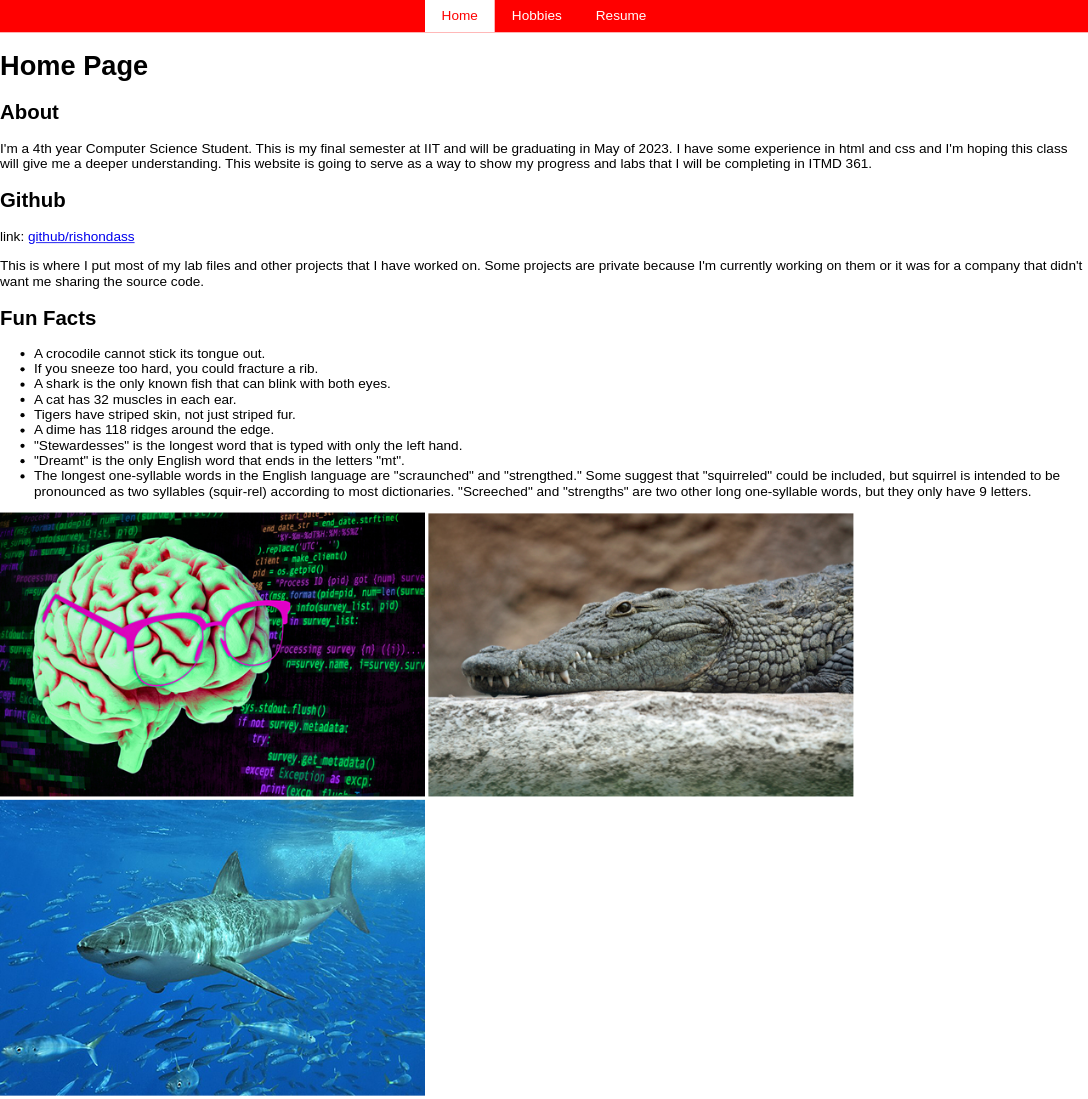
Repository: rishondass/ITMD361-Project2
Page: index.html
These files come from the project's save history. The page is drawn as it stood at one moment and after the next save; the edit follows.
The browser window is 1280 px wide. The pictures show the whole page, at 85% of full size.

Above is the page before, as saved 2023-03-07 21:19:09.

### index.html
<!DOCTYPE html>
<html lang="en">
<head>
    <meta charset="UTF-8">
    <meta name="viewport" content="width=device-width, initial-scale=1.0">
    <link rel="stylesheet" href="css/style.css">
    <link rel="stylesheet" href="css/normalize.css">
    <title>Home</title>
</head>
<body>
    <nav id="main-nav">
        <ul>
            <li id="onCurrentPage">
                <a href="index.html">Home</a>
            </li>
            <li>
                <a href="hobbies.html">Hobbies</a>
            </li>
            <li>
                <a href="resume.html">Resume</a>
            </li>
        </ul>
    </nav>

    <div>
        <h1>Home Page</h1>
        <h2>
            About
        </h2>
        <p>
            I'm a 4th year Computer Science Student. This is my final semester at IIT and will be graduating in May of 2023. I have some experience in html and css and I'm hoping this class will give me a deeper understanding. This website is going to serve as a way to show my progress and labs that I will be completing in ITMD 361.
        </p>
        <h2>
            Github
        </h2>
        <p>
            link: <a target="_blank" href="https://www.github.com/rishondass">github/rishondass</a>
        </p>
        <p>
            This is where I put most of my lab files and other projects that I have worked on. Some projects are private because I'm currently working on them or it was for a company that didn't want me sharing the source code.
        </p>
        <h2>
            Fun Facts
        </h2>
        <ul>
            <li>
                A crocodile cannot stick its tongue out.
            </li>
            <li>
                If you sneeze too hard, you could fracture a rib.
            </li>
            <li>
                A shark is the only known fish that can blink with both eyes.
            </li>
            <li>
                A cat has 32 muscles in each ear.
            </li>
            <li>
                Tigers have striped skin, not just striped fur.
            </li>
            <li>
                A dime has 118 ridges around the edge.
            </li>
            <li>
                "Stewardesses" is the longest word that is typed with only the left hand.
            </li>
            <li>
                "Dreamt" is the only English word that ends in the letters "mt".
            </li>
            <li>
                The longest one-syllable words in the English language are "scraunched" and "strengthed." Some suggest that "squirreled" could be included, but squirrel is intended to be pronounced as two syllables (squir-rel) according to most dictionaries. "Screeched" and "strengths" are two other long one-syllable words, but they only have 9 letters.
            </li>
        </ul>
        <img src="images/code.jpg" alt="image_of_code">
        <img src="images/Nile_crocodile_head.jpg" alt="image_of_crocodile">
        <img src="images/White_shark.jpg" alt="image_of_shark">

    </div>
</body>
</html>

### css/style.css
#main-nav{
    background-color: red;
    overflow: hidden;
}

#main-nav ul{
    list-style-type: none;
    padding: 0;
    margin: 0;
    display: flex;
    justify-content: center;
}

#main-nav a{
   display: block;
   padding: 10px 20px;
   text-decoration: none;
   color: white;
}

#onCurrentPage a{
    color: red;
    background-color: white;

}

#main-nav a:hover{
    background-color: rgb(255, 255, 255);
    color:black;
}

Loaded but not shown: css/normalize.css (library)

After the next save:
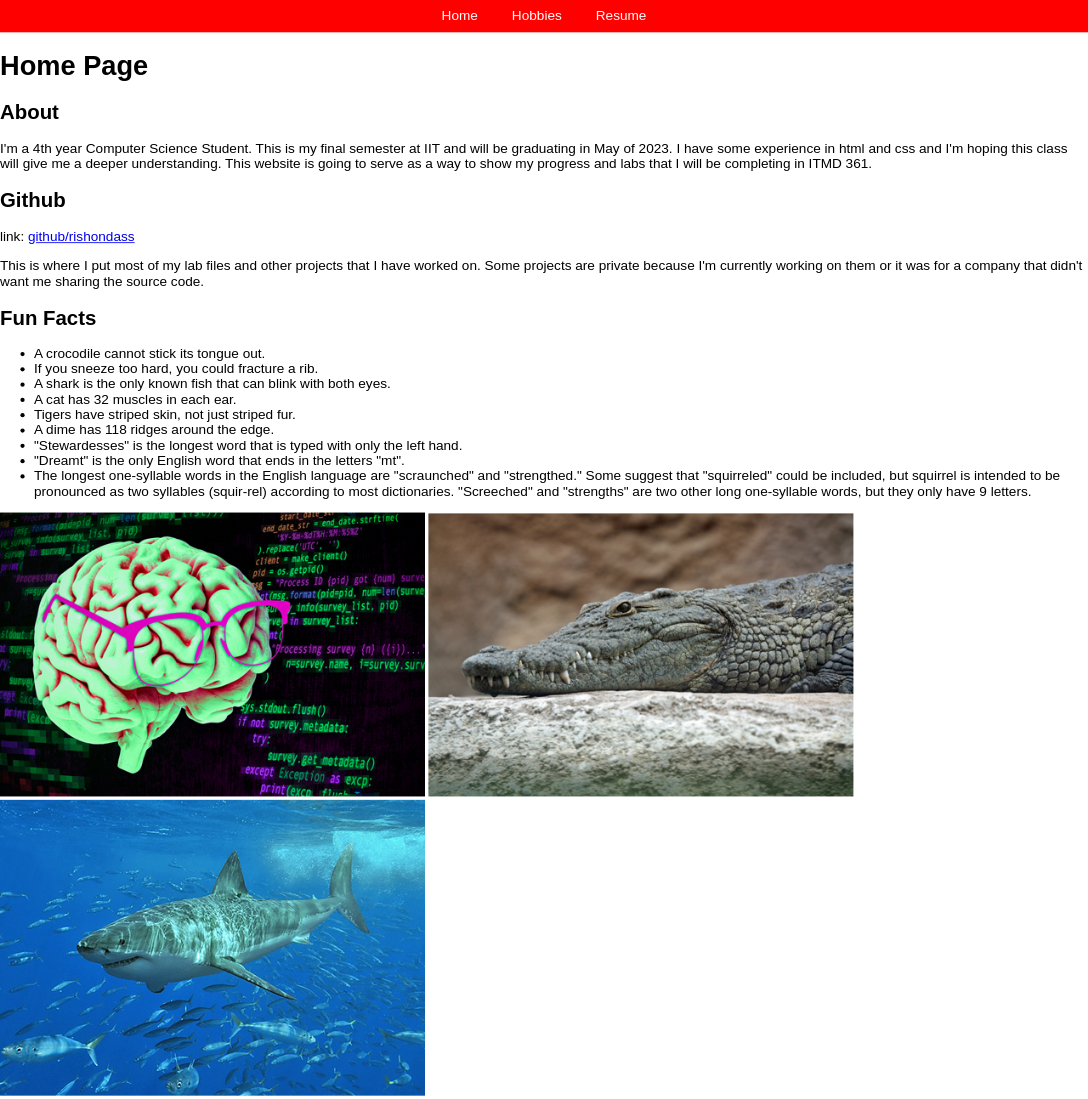
Saved 109 s later.
--- a/css/style.css
+++ b/css/style.css
@@ -18,11 +18,6 @@
    color: white;
 }
 
-#onCurrentPage a{
-    color: red;
-    background-color: white;
-
-}
 
 #main-nav a:hover{
     background-color: rgb(255, 255, 255);
